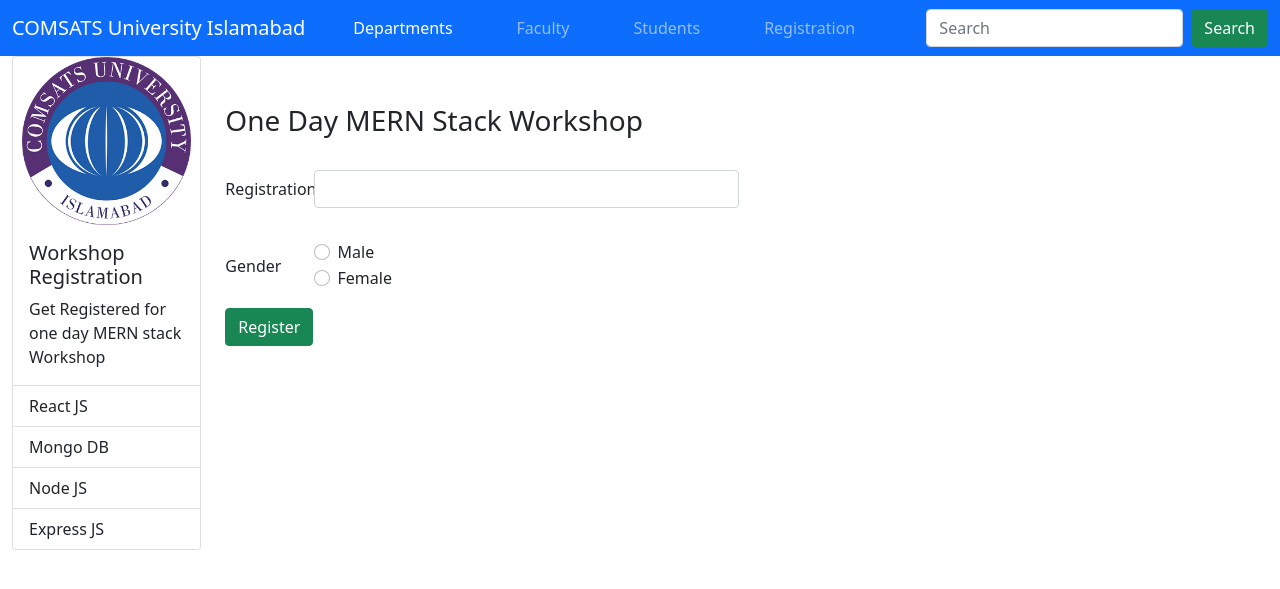
Repository: SaudCh/Web-Mid-Exams
Page: /register
An editor plug-in stored every save of this project. The page is shown before and after the next save, followed by the edit.
The browser window is 1280 px wide. The pictures show the whole page.
The project was rebuilt for these pictures with package versions that can differ from the ones it lists, and the page was loaded fresh each time. Also part of the build but not shown: src/Invalid/invalid.jsx, src/Students/student.jsx.

Above is the page before, as saved 2021-11-25 19:24:24.

### src/App.js
import React from "react";
import {
  BrowserRouter as Router,
  Switch,
  Route,
  Redirect,
} from "react-router-dom";
import "../node_modules/bootstrap/dist/css/bootstrap.min.css";
import "../node_modules/bootstrap/dist/js/bootstrap.bundle.min";
import Header from "./Shared/Header";
import SideBar from "./Shared/SideBar";
import Register from "./Register/register";
import Invalid from "./Invalid/invalid";
import Student from "./Students/student";

export default function App() {
  return (
    <Router>
      <Header />
      <div className="container-fluid">
        <div className="row">
          <div className="col-12 col-md-2">
            <SideBar />
          </div>
          <div className="col-12 col-md-10">
            <Switch>
              <Route path="/" exact>
                <div></div>
              </Route>
              <Route path="/register/" exact>
                <Register />
              </Route>
              <Route path="/invalid/" exact>
                <Invalid />
              </Route>
              <Route path="/list/:register/:program/:gender/:date" exact>
                <Student />
              </Route>
              <Redirect to="/invalid/" />
            </Switch>
          </div>
        </div>
      </div>
    </Router>
  );
}

### src/Shared/Header.jsx
import React from "react";
import { Link } from "react-router-dom";
export default function Header() {
  return (
    <nav class="navbar navbar-expand-lg navbar-dark bg-primary">
      <div class="container-fluid">
        <Link to="/" class="navbar-brand" href="#">
          COMSATS University Islamabad
        </Link>
        <button
          class="navbar-toggler"
          type="button"
          data-bs-toggle="collapse"
          data-bs-target="#navbarSupportedContent"
          aria-controls="navbarSupportedContent"
          aria-expanded="false"
          aria-label="Toggle navigation"
        >
          <span class="navbar-toggler-icon"></span>
        </button>
        <div class="collapse navbar-collapse" id="navbarSupportedContent">
          <ul class="navbar-nav me-auto mb-2 mb-lg-0">
            <li class="nav-item mx-md-4">
              <Link to="/" class="nav-link active" aria-current="page" href="#">
                Departments
              </Link>
            </li>
            <li class="nav-item mx-md-4">
              <Link to="/" class="nav-link" href="#">
                Faculty
              </Link>
            </li>

            <li class="nav-item mx-md-4">
              <Link
                to="/list/sp19-bcs-078/BCS/Male/22-11-201"
                class="nav-link"
                href="#"
                tabindex="-1"
                aria-disabled="true"
              >
                Students
              </Link>
            </li>
            <li class="nav-item mx-md-4">
              <Link
                to="/register/"
                class="nav-link"
                href="#"
                tabindex="-1"
                aria-disabled="true"
              >
                Registration
              </Link>
            </li>
          </ul>
          <form class="d-flex">
            <input
              class="form-control me-2"
              type="search"
              placeholder="Search"
              aria-label="Search"
            />
            <button
              class="btn btn-outline-success btn-success text-white"
              type="submit"
            >
              Search
            </button>
          </form>
        </div>
      </div>
    </nav>
  );
}

### src/Shared/SideBar.jsx
import React from "react";
import logo from "../public/comsats-logo.png";

export default function SideBar() {
  return (
    <div class="card">
      <img
        src={logo}
        class="card-img-top"
        style={{ width: "90%", alignSelf: "center" }}
        alt="..."
      />
      <div class="card-body">
        <h5 class="card-title">Workshop Registration</h5>
        <p class="card-text">Get Registered for one day MERN stack Workshop</p>
      </div>
      <ul class="list-group list-group-flush">
        <li class="list-group-item">React JS</li>
        <li class="list-group-item">Mongo DB</li>
        <li class="list-group-item">Node JS</li>
        <li class="list-group-item">Express JS</li>
      </ul>
    </div>
  );
}

### src/Register/register.jsx
import React, { useRef, useState } from "react";
import { Link, useHistory } from "react-router-dom";
import { Formik, Form, Field } from "formik";

export default function Register() {
  // const handleSubmit = (e) => {
  //   e.preventDefault();

  //   history.push(
  //     `/list/${Registration.current.value}/${Program.current.value}/male/22-11-2021`
  //   );
  // };
  return (
    <div className="my-5">
      <h3>One Day MERN Stack Workshop</h3>
      <Formik
        initialValues={{ registration: "", gender: "" }}
        onSubmit={(values) => {
          console.log(values);
        }}
      >
        <Form>
          {/*********Registration********** */}
          <div class="row g-3 align-items-center my-3">
            <div class="col-1">
              <label for="registration" class="col-form-label">
                Registration
              </label>
            </div>
            <div class="col-5">
              <Field
                type="text"
                id="registration"
                class="form-control"
                name="registration"
              />
            </div>
            {/* <div class="alert alert-danger col-7" role="alert">
                {errors.registration &&
                  touched.registration &&
                  errors.registration}
              </div> */}
          </div>
          {/*********Program****** */}
          {/* <div class="row g-3 align-items-center my-3">
              <div class="col-1">
                <label for="program" class="col-form-label">
                  Program
                </label>
              </div>
              <div class="col-5">
                <select ref={Program} id="program" class="form-select">
                  <option value="0">Select Program</option>
                  <option value="BsCS">BsCS</option>
                  <option value="BsCE">BsSE</option>
                </select>
              </div>
            </div> */}
          {/*********Gender****** */}
          <div class="row g-3 align-items-center my-3">
            <div class="col-1">
              <label for="gender" class="col-form-label">
                Gender
              </label>
            </div>
            <div class="col-5">
              <div class="form-check">
                <Field
                  class="form-check-input"
                  type="radio"
                  name="gender"
                  value="male"
                  id="gender"
                />
                <label class="form-check-label" for="flexRadioDefault1">
                  Male
                </label>
              </div>
              <div class="form-check">
                <Field
                  class="form-check-input"
                  type="radio"
                  name="gender"
                  value="female"
                  id="gender"
                />
                <label class="form-check-label" for="flexRadioDefault2">
                  Female
                </label>
              </div>
            </div>
          </div>
          {/*********Date****** */}
          {/* <div class="row g-3 align-items-center my-3">
              <div class="col-1 ">
                <label for="date" class="col-form-label">
                  Preferred date
                </label>
              </div>
              <div class="col-5">
                <div class="form-check">
                  <input
                    class="form-check-input"
                    type="checkbox"
                    value="22-11-2021"
                    id="flexCheckDefault"
                  />
                  <label class="form-check-label" for="flexCheckDefault">
                    22-11-2021
                  </label>
                </div>
                <div class="form-check">
                  <input
                    class="form-check-input"
                    type="checkbox"
                    value="25-11-2021"
                    id="flexCheckChecked"
                  />
                  <label class="form-check-label" for="flexCheckChecked">
                    25-11-2021
                  </label>
                </div>
              </div>
            </div> */}
          {/*********Button********* */}
          <div>
            <button type="submit" className="btn btn-success">
              Register
            </button>
          </div>
        </Form>
      </Formik>
    </div>
  );
}

Loaded but not shown: public/index.html (common file); src/index.js (common file); src/index.css (common file); src/reportWebVitals.js (common file)

After the next save:
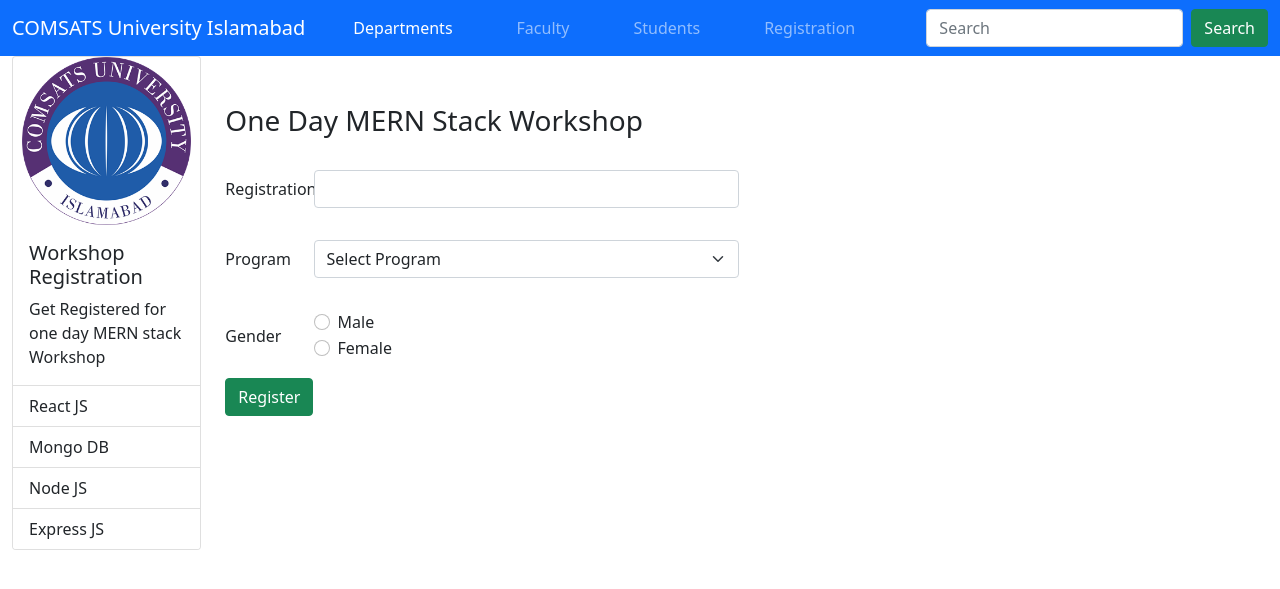
Saved 2 min 23 s later.
--- a/src/Register/register.jsx
+++ b/src/Register/register.jsx
@@ -14,7 +14,7 @@
     <div className="my-5">
       <h3>One Day MERN Stack Workshop</h3>
       <Formik
-        initialValues={{ registration: "", gender: "" }}
+        initialValues={{ registration: "", program: "", gender: "" }}
         onSubmit={(values) => {
           console.log(values);
         }}
@@ -42,20 +42,25 @@
               </div> */}
           </div>
           {/*********Program****** */}
-          {/* <div class="row g-3 align-items-center my-3">
-              <div class="col-1">
-                <label for="program" class="col-form-label">
-                  Program
-                </label>
-              </div>
-              <div class="col-5">
-                <select ref={Program} id="program" class="form-select">
-                  <option value="0">Select Program</option>
-                  <option value="BsCS">BsCS</option>
-                  <option value="BsCE">BsSE</option>
-                </select>
-              </div>
-            </div> */}
+          <div class="row g-3 align-items-center my-3">
+            <div class="col-1">
+              <label for="program" class="col-form-label">
+                Program
+              </label>
+            </div>
+            <div class="col-5">
+              <Field
+                name="program"
+                as="select"
+                id="program"
+                class="form-select"
+              >
+                <option value="0">Select Program</option>
+                <option value="BsCS">BsCS</option>
+                <option value="BsCE">BsSE</option>
+              </Field>
+            </div>
+          </div>
           {/*********Gender****** */}
           <div class="row g-3 align-items-center my-3">
             <div class="col-1">
